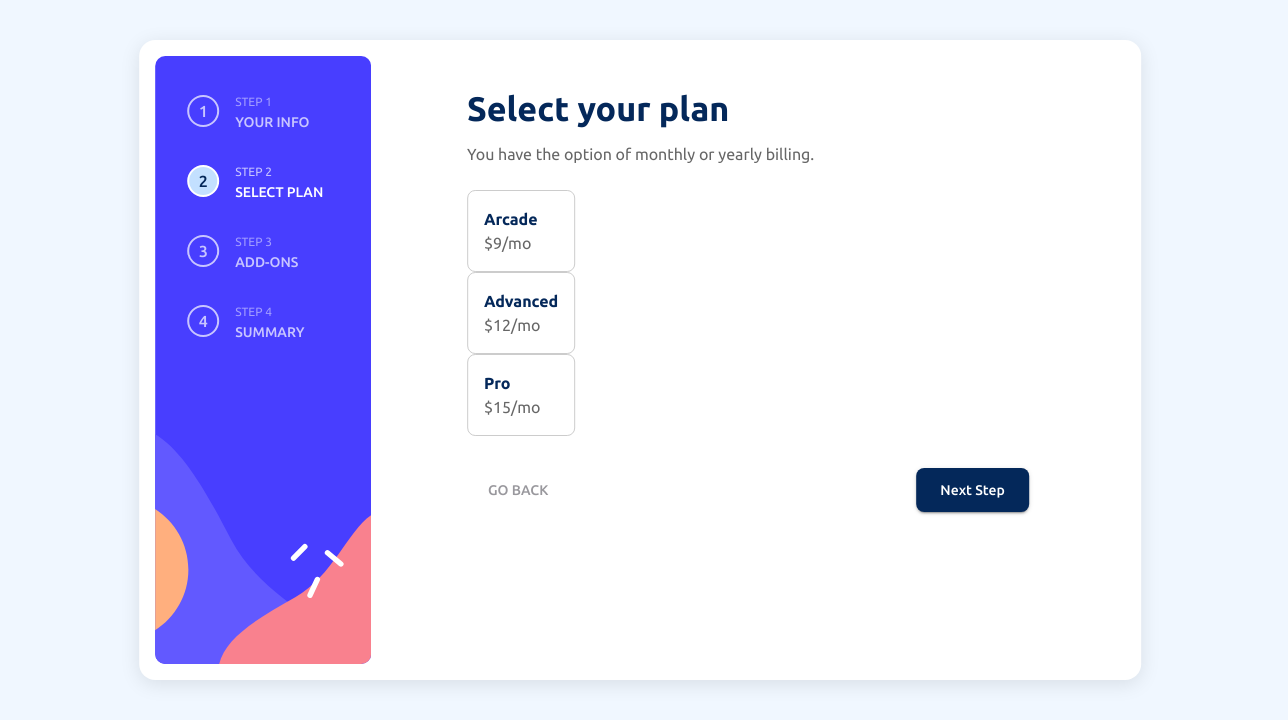
Repository: ozerrrs/chalange7days
Page: / (app in 7dayschalange/7dayschallange/), after clicking the first element matching `button.MuiButtonBase-root`
An editor plug-in stored every save of this project. The page is shown before and after the next save, followed by the edit.
The browser window is 1280 px wide. The page is 1280 px wide, then 1288 px, so the pictures cover 1288 px, including what lies to the right of the window. The pictures show the whole page.
The project was rebuilt for these pictures with package versions that can differ from the ones it lists, and the page was loaded fresh each time. Also part of the build but not shown: 7dayschalange/7dayschallange/vite.config.js.

Above is the page before, as saved 2025-03-05 15:22:52.

After the next save:
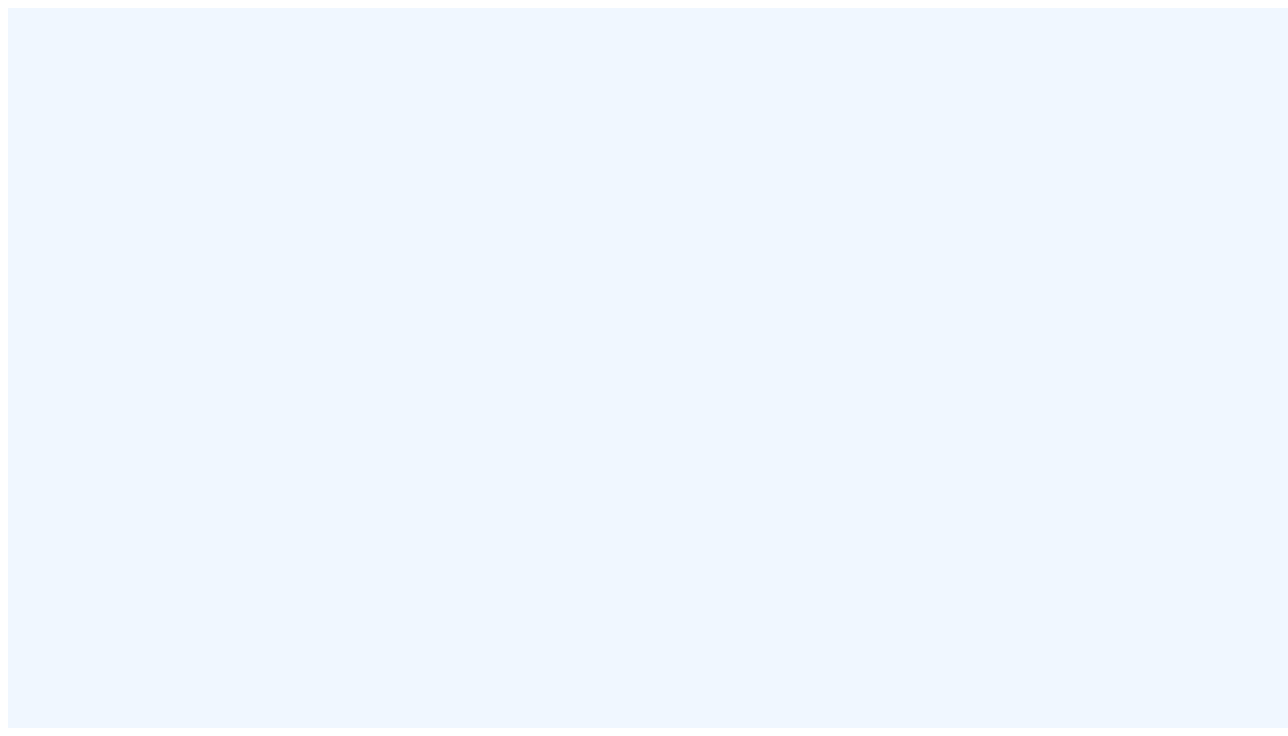
Console error: ReferenceError: FormControlLabel is not defined
Saved 57 s later.
--- a/7dayschalange/7dayschallange/src/pages/firstPage.jsx
+++ b/7dayschalange/7dayschallange/src/pages/firstPage.jsx
@@ -202,7 +202,7 @@ function MultiStepForm() {
             <Box mt={3} sx={{ display: "flex", gap: 2 }}>
               {/* Example plan cards would go here */}
               <RadioGroup>
-                <Box
+                <FormControlLabel
                   sx={{
                     p: 2,
                     borderRadius: 2,
@@ -214,9 +214,9 @@ function MultiStepForm() {
                     Arcade
                   </Typography>
                   <Typography color="textSecondary">$9/mo</Typography>
-                </Box>
-
-                <Box
+                </FormControlLabel>
+
+                <FormControlLabel
                   sx={{
                     p: 2,
                     borderRadius: 2,
@@ -228,9 +228,9 @@ function MultiStepForm() {
                     Advanced
                   </Typography>
                   <Typography color="textSecondary">$12/mo</Typography>
-                </Box>
-
-                <Box
+                </FormControlLabel>
+
+                <FormControlLabel
                   sx={{
                     p: 2,
                     borderRadius: 2,
@@ -242,7 +242,7 @@ function MultiStepForm() {
                     Pro
                   </Typography>
                   <Typography color="textSecondary">$15/mo</Typography>
-                </Box>
+                </FormControlLabel>
               </RadioGroup>
             </Box>
           </Box>
